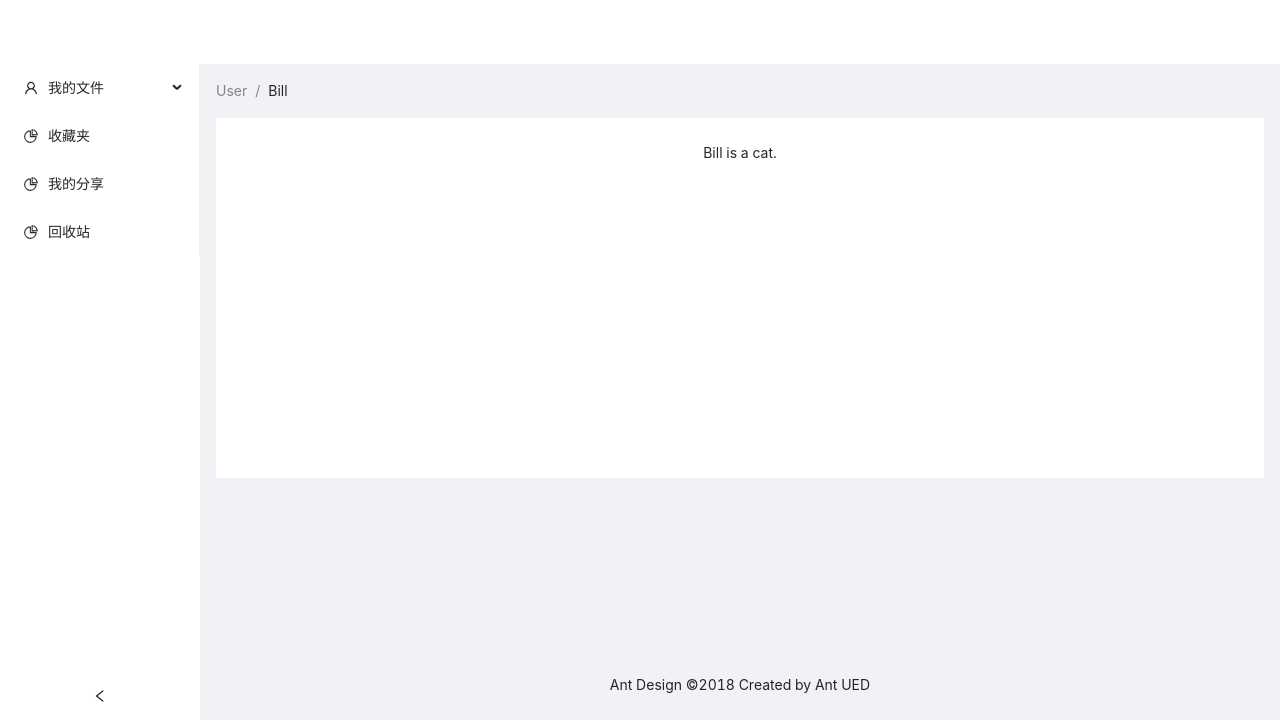
Repository: xstnet/starfire-cloud-fe
Page: /
An editor plug-in stored every save of this project. The page is shown before and after the next save, followed by the edit.
The browser window is 1280 px wide. The pictures show the whole page.
The project was rebuilt for these pictures with package versions that can differ from the ones it lists, and the page was loaded fresh each time.

Above is the page before, as saved 2021-09-12 16:20:46.

After the next save:
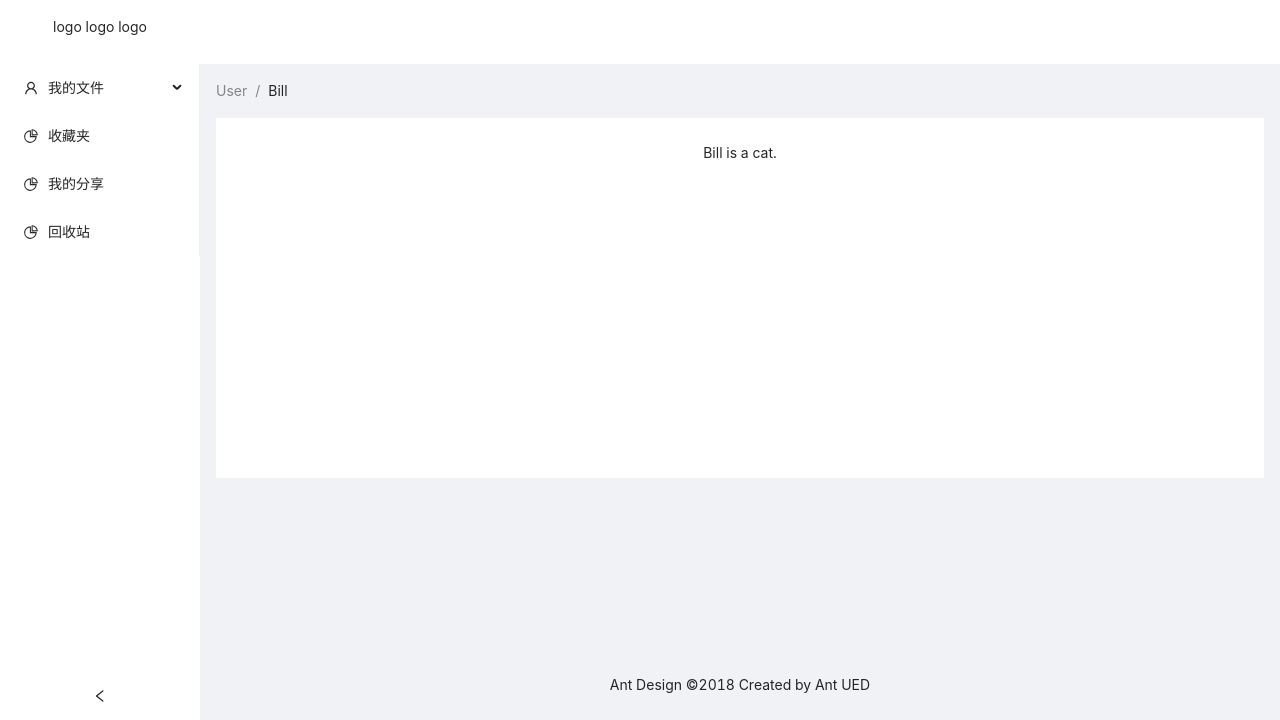
Saved 42 s later.
--- a/src/page/layout/main.jsx
+++ b/src/page/layout/main.jsx
@@ -27,7 +27,9 @@ class MainLayout extends React.Component {
     return (
       <Layout style={{ minHeight: '100vh' }}>
         <Sider theme="light" collapsible collapsed={collapsed} onCollapse={this.onCollapse}>
-          <div className="logo" />
+          <div className="logo">
+              logo logo logo
+          </div>
           <Menu defaultSelectedKeys={['1']} mode="inline">
             <SubMenu key="my-file" icon={<UserOutlined />} title="我的文件">
               <Menu.Item key="all">全部文件</Menu.Item>
